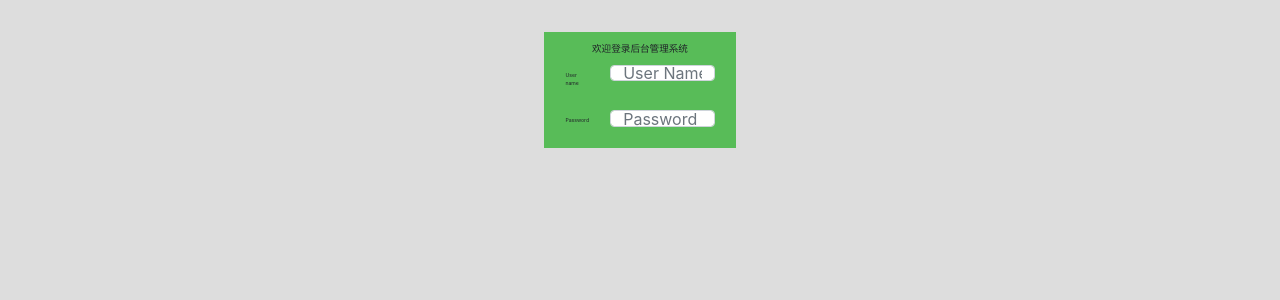
Repository: gzh51904/baiyangApp
Page: / (app in houtai/Vue-admin/)
An editor plug-in stored every save of this project. The page is shown before and after the next save, followed by the edit.
The browser window is 1280 px wide. The pictures show the whole page.
The project was rebuilt for these pictures with package versions that can differ from the ones it lists, and the page was loaded fresh each time. Also part of the build but not shown: houtai/Vue-admin/vue.config.js.

Above is the page before, as saved 2019-05-11 10:25:52.

After the next save:
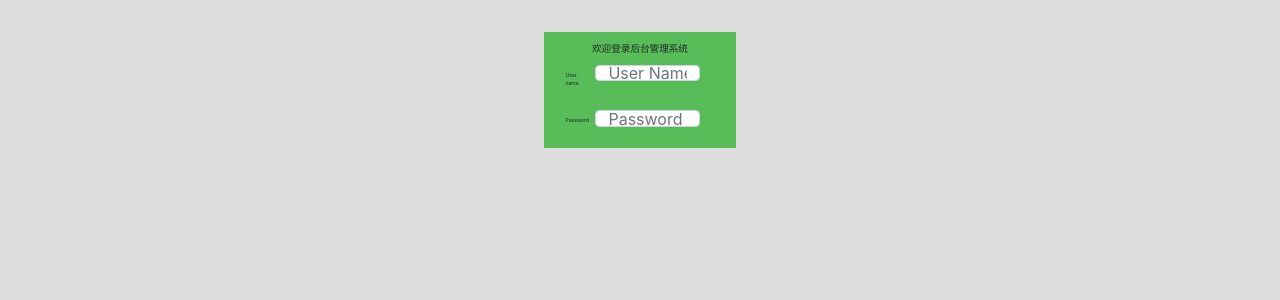
Saved 2 min 31 s later.
--- a/houtai/Vue-admin/src/pages/login.vue
+++ b/houtai/Vue-admin/src/pages/login.vue
@@ -4,13 +4,13 @@
 
 <form class="login-form">
    <div class="form-group row">
-    <label for="inputUsername" class="col-sm-3 col-form-label">User name</label>
+    <label for="inputUsername" class="col-sm-2 col-form-label">User name</label>
     <div class="col-sm-9">
       <input type="password" class="form-control" id="inputUsername" placeholder="User Name">
     </div>
   </div>
   <div class="form-group row">
-    <label for="inputPassword" class="col-sm-3 col-form-label">Password</label>
+    <label for="inputPassword" class="col-sm-2 col-form-label">Password</label>
     <div class="col-sm-9">
       <input type="password" class="form-control" id="inputPassword" placeholder="Password">
     </div>

After the save that followed:
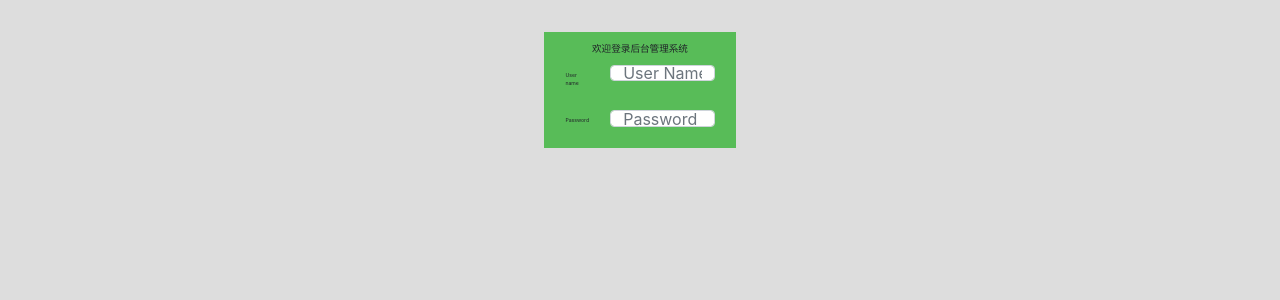
Saved 7 s later.
--- a/houtai/Vue-admin/src/pages/login.vue
+++ b/houtai/Vue-admin/src/pages/login.vue
@@ -4,13 +4,13 @@
 
 <form class="login-form">
    <div class="form-group row">
-    <label for="inputUsername" class="col-sm-2 col-form-label">User name</label>
+    <label for="inputUsername" class="col-sm-3 col-form-label">User name</label>
     <div class="col-sm-9">
       <input type="password" class="form-control" id="inputUsername" placeholder="User Name">
     </div>
   </div>
   <div class="form-group row">
-    <label for="inputPassword" class="col-sm-2 col-form-label">Password</label>
+    <label for="inputPassword" class="col-sm-3 col-form-label">Password</label>
     <div class="col-sm-9">
       <input type="password" class="form-control" id="inputPassword" placeholder="Password">
     </div>
